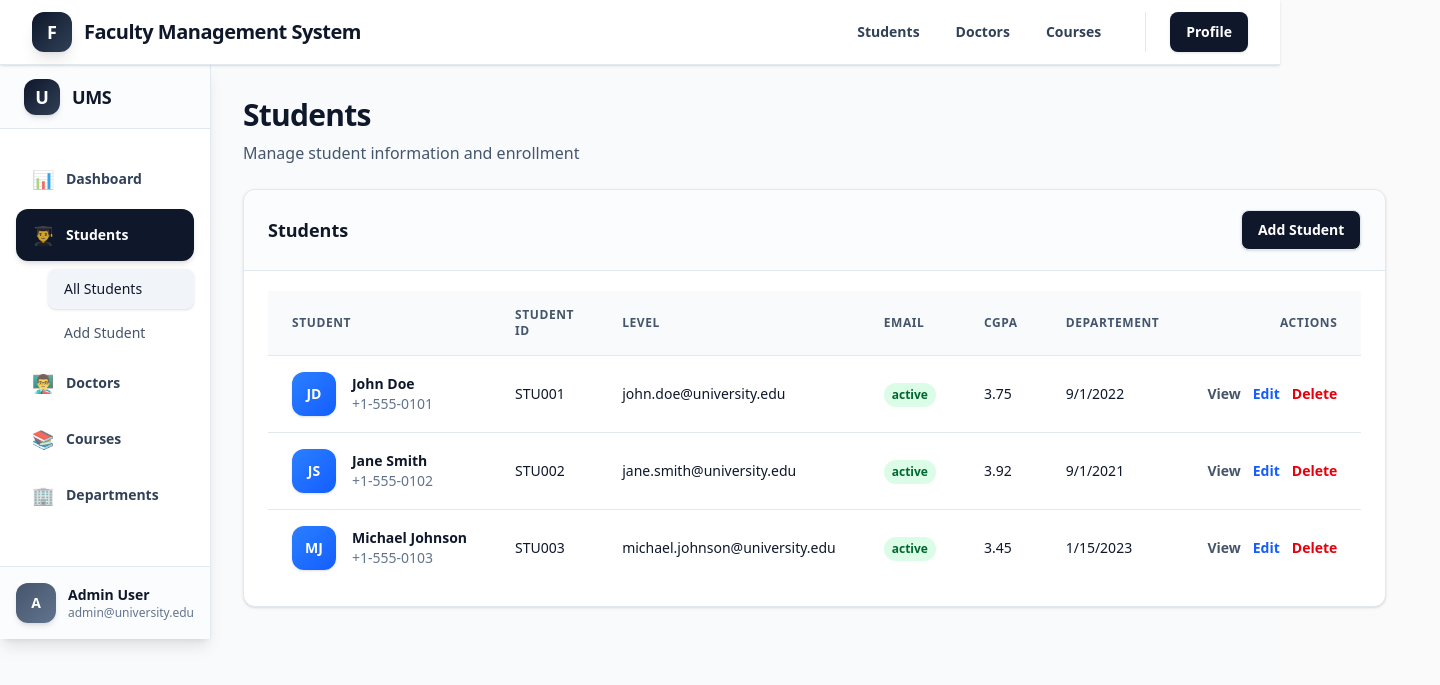
Repository: Mohamedmohsen179/Advanced-DB-Task
Page: /students (app in frontend/)
These files come from the project's save history. The page is drawn as it stood at one moment and after the next save; the edit follows.
The browser window is 1280 px wide. The page is 1418 px wide, then 1440 px, so the pictures cover 1440 px, including what lies to the right of the window. The pictures show the whole page.
The page's requests for data from a server got no answer. The project was rebuilt for these pictures with package versions that can differ from the ones it lists, and the page was loaded fresh each time. The framework's server and built-in components were replaced by stand-ins that run in the browser. No one was signed in, and anything a server would have sent is missing. Also part of the build but not shown: frontend/next.config.ts.

Above is the page before, as saved 2025-11-28 16:55:15.

### frontend/app/layout.tsx
import type { Metadata } from "next";
import { Geist, Geist_Mono } from "next/font/google";
import "./globals.css";
import MainLayout from "../components/layout/MainLayout";

const geistSans = Geist({
  variable: "--font-geist-sans",
  subsets: ["latin"],
});

const geistMono = Geist_Mono({
  variable: "--font-geist-mono",
  subsets: ["latin"],
});

export const metadata: Metadata = {
  title: "University Management System",
  description: "A comprehensive university management system built with Next.js and TypeScript",
};

export default function RootLayout({
  children,
}: Readonly<{
  children: React.ReactNode;
}>) {
  return (
    <html lang="en">
      <body
        className={`${geistSans.variable} ${geistMono.variable} antialiased`}
      >
        <MainLayout>{children}</MainLayout>
      </body>
    </html>
  );
}

### frontend/app/students/page.tsx
import StudentsContainer from '../../containers/StudentsContainer';

export default function StudentsPage() {
  return <StudentsContainer />;
}

### frontend/app/globals.css
@import "tailwindcss";

:root {
  --background: #fafafa;
  --foreground: #0f172a;
  --primary: #2563eb;
  --primary-foreground: #ffffff;
  --secondary: #f1f5f9;
  --secondary-foreground: #334155;
  --muted: #f8fafc;
  --muted-foreground: #64748b;
  --accent: #f1f5f9;
  --accent-foreground: #0f172a;
  --border: #e2e8f0;
  --input: #ffffff;
  --ring: #2563eb;
  --radius: 0.5rem;
}

@theme inline {
  --color-background: var(--background);
  --color-foreground: var(--foreground);
  --font-sans: var(--font-geist-sans);
  --font-mono: var(--font-geist-mono);
}

@media (prefers-color-scheme: dark) {
  :root {
    --background: #020617;
    --foreground: #f8fafc;
    --primary: #3b82f6;
    --primary-foreground: #f8fafc;
    --secondary: #1e293b;
    --secondary-foreground: #f8fafc;
    --muted: #1e293b;
    --muted-foreground: #94a3b8;
    --accent: #1e293b;
    --accent-foreground: #f8fafc;
    --border: #334155;
    --input: #1e293b;
    --ring: #3b82f6;
  }
}

* {
  border-color: var(--border);
}

body {
  background: var(--background);
  color: var(--foreground);
  font-family: var(--font-sans), system-ui, -apple-system, sans-serif;
  line-height: 1.6;
  -webkit-font-smoothing: antialiased;
  -moz-osx-font-smoothing: grayscale;
}

/* Professional scrollbar */
::-webkit-scrollbar {
  width: 8px;
  height: 8px;
}

::-webkit-scrollbar-track {
  background: var(--muted);
}

::-webkit-scrollbar-thumb {
  background: var(--muted-foreground);
  border-radius: 4px;
}

::-webkit-scrollbar-thumb:hover {
  background: var(--foreground);
}

/* Focus styles */
.focus-visible {
  outline: 2px solid var(--ring);
  outline-offset: 2px;
}

/* Professional shadows */
.shadow-professional {
  box-shadow: 0 1px 3px 0 rgb(0 0 0 / 0.1), 0 1px 2px -1px rgb(0 0 0 / 0.1);
}

.shadow-professional-lg {
  box-shadow: 0 10px 15px -3px rgb(0 0 0 / 0.1), 0 4px 6px -4px rgb(0 0 0 / 0.1);
}

### frontend/components/layout/MainLayout.tsx
'use client';

import { useState } from 'react';
import Navbar from './Navbar';
import Sidebar from './Sidebar';

interface MainLayoutProps {
  children: React.ReactNode;
}

export default function MainLayout({ children }: MainLayoutProps) {
  const [sidebarOpen, setSidebarOpen] = useState(false);

  return (
    <div className="min-h-screen bg-slate-50">
      {/* Navbar */}
      <Navbar />

      <div className="flex">
        {/* Sidebar */}
        <Sidebar
          isOpen={sidebarOpen}
          onClose={() => setSidebarOpen(false)}
        />

        {/* Main Content */}
        <div className="flex-1 lg:ml-0">
          {/* Mobile sidebar toggle */}
          <div className="lg:hidden">
            <button
              onClick={() => setSidebarOpen(true)}
              className="fixed top-20 left-4 z-10 bg-white p-3 rounded-xl shadow-professional border border-slate-200 hover:shadow-professional-lg transition-all duration-200"
            >
              <svg className="w-5 h-5 text-slate-600" fill="none" stroke="currentColor" viewBox="0 0 24 24">
                <path strokeLinecap="round" strokeLinejoin="round" strokeWidth={2} d="M4 6h16M4 12h16M4 18h16" />
              </svg>
            </button>
          </div>

          {/* Page Content */}
          <main className="p-6 lg:p-8">
            <div className="max-w-7xl mx-auto">
              {children}
            </div>
          </main>
        </div>
      </div>
    </div>
  );
}

### frontend/containers/StudentsContainer.tsx
'use client';

import { useState, useEffect } from 'react';
import { Student, PaginatedResponse } from '../types';
import { apiService } from '../services/api';
import StudentTable from '../components/students/StudentTable';

export default function StudentsContainer() {
  const [students, setStudents] = useState<Student[]>([]);
  const [loading, setLoading] = useState(true);
  const [error, setError] = useState<string | null>(null);

  useEffect(() => {
    loadStudents();
  }, []);

  const loadStudents = async () => {
    try {
      setLoading(true);
      setError(null);
      const response: PaginatedResponse<Student> = await apiService.getStudents();

      if (response.success) {
        setStudents(response.data);
      } else {
        setError('Failed to load students');
      }
    } catch (err) {
      setError('An error occurred while loading students');
      console.error('Error loading students:', err);
    } finally {
      setLoading(false);
    }
  };

  const handleEdit = (student: Student) => {
    // TODO: Implement edit functionality
    console.log('Edit student:', student);
  };

  const handleDelete = async (studentId: string) => {
    if (!confirm('Are you sure you want to delete this student?')) {
      return;
    }

    try {
      await apiService.deleteStudent(studentId);
      // Reload students after deletion
      await loadStudents();
    } catch (err) {
      setError('Failed to delete student');
      console.error('Error deleting student:', err);
    }
  };

  if (error) {
    return (
      <div className="bg-red-50 border border-red-200 rounded-xl p-6 shadow-sm">
        <div className="flex">
          <div className="flex-shrink-0">
            <svg className="h-5 w-5 text-red-400" viewBox="0 0 20 20" fill="currentColor">
              <path fillRule="evenodd" d="M10 18a8 8 0 100-16 8 8 0 000 16zM8.707 7.293a1 1 0 00-1.414 1.414L8.586 10l-1.293 1.293a1 1 0 101.414 1.414L10 11.414l1.293 1.293a1 1 0 001.414-1.414L11.414 10l1.293-1.293a1 1 0 00-1.414-1.414L10 8.586 8.707 7.293z" clipRule="evenodd" />
            </svg>
          </div>
          <div className="ml-3">
            <h3 className="text-sm font-medium text-red-800">Error</h3>
            <div className="mt-2 text-sm text-red-700">
              <p>{error}</p>
            </div>
            <div className="mt-4">
              <button
                onClick={loadStudents}
                className="bg-red-100 px-4 py-2.5 rounded-lg text-sm font-semibold text-red-800 hover:bg-red-200 transition-all duration-200 shadow-sm hover:shadow-md"
              >
                Try Again
              </button>
            </div>
          </div>
        </div>
      </div>
    );
  }

  return (
    <div className="space-y-6">
      <div className="flex items-center justify-between">
        <div>
          <h1 className="text-3xl font-bold text-slate-900 tracking-tight">Students</h1>
          <p className="mt-2 text-base text-slate-600">
            Manage student information and enrollment
          </p>
        </div>
      </div>

      <StudentTable
        students={students}
        loading={loading}
        onEdit={handleEdit}
        onDelete={handleDelete}
      />
    </div>
  );
}

### frontend/components/students/StudentTable.tsx
'use client';

import Link from 'next/link';
import { Student } from '../../types';
import { Card, CardContent, CardHeader } from '../ui/Card';
import Button from '../ui/Button';

interface StudentTableProps {
  students: Student[];
  loading?: boolean;
  onEdit?: (student: Student) => void;
  onDelete?: (studentId: string) => void;
}

export default function StudentTable({
  students,
  loading = false,
  onEdit,
  onDelete
}: StudentTableProps) {
  if (loading) {
    return (
      <Card>
        <CardContent>
          <div className="flex items-center justify-center py-12">
            <div className="animate-spin rounded-full h-8 w-8 border-b-2 border-blue-600"></div>
            <span className="ml-2 text-gray-900">Loading Students' Info ...</span>
          </div>
        </CardContent>
      </Card>
    );
  }

  if (students.length === 0) {
    return (
      <Card>
        <CardContent>
          <div className="text-center py-12">
            <div className="text-gray-400 text-6xl mb-4">👨‍🎓</div>
            <h3 className="text-lg font-medium text-gray-900 mb-2">No Students found</h3>
            <p className="text-gray-500 mb-6">Get started by Adding your First Student.</p>
            <Link href="/students/new">
              <Button>Add Student</Button>
            </Link>
          </div>
        </CardContent>
      </Card>
    );
  }

  return (
    <Card>
      <CardHeader>
        <div className="flex items-center justify-between">
          <h2 className="text-lg font-semibold text-gray-900">Students</h2>
          <Link href="/students/new">
            <Button>Add Student</Button>
          </Link>
        </div>
      </CardHeader>
      <CardContent className="p-0">
        <div className="overflow-x-auto">
          <table className="min-w-full divide-y divide-slate-200">
            <thead className="bg-slate-50">
              <tr>
                <th className="px-6 py-4 text-left text-xs font-semibold text-slate-600 uppercase tracking-wider">
                  Student
                </th>
                <th className="px-6 py-4 text-left text-xs font-semibold text-slate-600 uppercase tracking-wider">
                  Student ID
                </th>
                <th className="px-6 py-4 text-left text-xs font-semibold text-slate-600 uppercase tracking-wider">
                  Level
                </th>
                <th className="px-6 py-4 text-left text-xs font-semibold text-slate-600 uppercase tracking-wider">
                  Email
                </th>
                <th className="px-6 py-4 text-left text-xs font-semibold text-slate-600 uppercase tracking-wider">
                  CGPA
                </th>
                <th className="px-6 py-4 text-left text-xs font-semibold text-slate-600 uppercase tracking-wider">
                  Departement
                </th>
                <th className="px-6 py-4 text-right text-xs font-semibold text-slate-600 uppercase tracking-wider">
                  Actions
                </th>
              </tr>
            </thead>
            <tbody className="bg-white divide-y divide-slate-200">
              {students.map((student) => (
                <tr key={student.id} className="hover:bg-slate-50 transition-colors duration-150">
                  <td className="px-6 py-4 whitespace-nowrap">
                    <div className="flex items-center">
                      <div className="flex-shrink-0 h-11 w-11">
                        <div className="h-11 w-11 rounded-xl bg-gradient-to-br from-blue-500 to-blue-600 flex items-center justify-center shadow-sm">
                          <span className="text-white font-semibold text-sm">
                            {student.firstName.charAt(0)}{student.lastName.charAt(0)}
                          </span>
                        </div>
                      </div>
                      <div className="ml-4">
                        <div className="text-sm font-semibold text-slate-900">
                          {student.firstName} {student.lastName}
                        </div>
                        <div className="text-sm text-slate-500">
                          {student.phoneNumber || 'No phone'}
                        </div>
                      </div>
                    </div>
                  </td>
                  <td className="px-6 py-4 whitespace-nowrap text-sm font-medium text-slate-900">
                    {student.studentId}
                  </td>
                  <td className="px-6 py-4 whitespace-nowrap text-sm text-slate-900">
                    {student.email}
                  </td>
                  <td className="px-6 py-4 whitespace-nowrap">
                    <span className={`inline-flex px-2 py-1 text-xs font-semibold rounded-full ${student.status === 'active'
                      ? 'bg-green-100 text-green-800'
                      : student.status === 'inactive'
                        ? 'bg-gray-100 text-gray-800'
                        : student.status === 'graduated'
                          ? 'bg-blue-100 text-blue-800'
                          : 'bg-red-100 text-red-800'
                      }`}>
                      {student.status}
                    </span>
                  </td>
                  <td className="px-6 py-4 whitespace-nowrap text-sm font-medium text-slate-900">
                    {student.gpa ? student.gpa.toFixed(2) : 'N/A'}
                  </td>
                  <td className="px-6 py-4 whitespace-nowrap text-sm text-slate-900">
                    {new Date(student.enrollmentDate).toLocaleDateString()}
                  </td>
                  <td className="px-6 py-4 whitespace-nowrap text-right text-sm font-medium">
                    <div className="flex items-center justify-end space-x-3">
                      <Link
                        href={`/students/${student.id}`}
                        className="text-slate-600 hover:text-slate-900 font-semibold transition-colors duration-200"
                      >
                        View
                      </Link>
                      {onEdit && (
                        <button
                          onClick={() => onEdit(student)}
                          className="text-blue-600 hover:text-blue-800 font-semibold transition-colors duration-200"
                        >
                          Edit
                        </button>
                      )}
                      {onDelete && (
                        <button
                          onClick={() => onDelete(student.id)}
                          className="text-red-600 hover:text-red-800 font-semibold transition-colors duration-200"
                        >
                          Delete
                        </button>
                      )}
                    </div>
                  </td>
                </tr>
              ))}
            </tbody>
          </table>
        </div>
      </CardContent>
    </Card>
  );
}

### frontend/components/ui/Card.tsx
import { HTMLAttributes, forwardRef } from 'react';

interface CardProps extends HTMLAttributes<HTMLDivElement> {
  children: React.ReactNode;
}

const Card = forwardRef<HTMLDivElement, CardProps>(
  ({ className = '', children, ...props }, ref) => {
    return (
      <div
        ref={ref}
        className={`bg-white rounded-xl border border-slate-200 shadow-professional hover:shadow-professional-lg transition-shadow duration-200 ${className}`}
        {...props}
      >
        {children}
      </div>
    );
  }
);

Card.displayName = 'Card';

interface CardHeaderProps extends HTMLAttributes<HTMLDivElement> {
  children: React.ReactNode;
}

const CardHeader = forwardRef<HTMLDivElement, CardHeaderProps>(
  ({ className = '', children, ...props }, ref) => {
    return (
      <div
        ref={ref}
        className={`px-6 py-5 border-b border-slate-200 bg-slate-50/50 rounded-t-xl ${className}`}
        {...props}
      >
        {children}
      </div>
    );
  }
);

CardHeader.displayName = 'CardHeader';

interface CardContentProps extends HTMLAttributes<HTMLDivElement> {
  children: React.ReactNode;
}

const CardContent = forwardRef<HTMLDivElement, CardContentProps>(
  ({ className = '', children, ...props }, ref) => {
    return (
      <div
        ref={ref}
        className={`px-6 py-5 ${className}`}
        {...props}
      >
        {children}
      </div>
    );
  }
);

CardContent.displayName = 'CardContent';

interface CardFooterProps extends HTMLAttributes<HTMLDivElement> {
  children: React.ReactNode;
}

const CardFooter = forwardRef<HTMLDivElement, CardFooterProps>(
  ({ className = '', children, ...props }, ref) => {
    return (
      <div
        ref={ref}
        className={`px-6 py-5 border-t border-slate-200 bg-slate-50 rounded-b-xl ${className}`}
        {...props}
      >
        {children}
      </div>
    );
  }
);

CardFooter.displayName = 'CardFooter';

export { Card, CardHeader, CardContent, CardFooter };

### frontend/components/ui/Button.tsx
import { ButtonHTMLAttributes, forwardRef } from 'react';

interface ButtonProps extends ButtonHTMLAttributes<HTMLButtonElement> {
  variant?: 'primary' | 'secondary' | 'danger' | 'outline';
  size?: 'sm' | 'md' | 'lg';
  loading?: boolean;
}

const Button = forwardRef<HTMLButtonElement, ButtonProps>(
  ({ className = '', variant = 'primary', size = 'md', loading = false, children, disabled, ...props }, ref) => {
    const baseClasses = 'inline-flex items-center justify-center font-semibold rounded-lg transition-all duration-200 focus:outline-none focus:ring-2 focus:ring-offset-2 disabled:opacity-50 disabled:cursor-not-allowed shadow-sm hover:shadow-md active:scale-[0.98]';

    const variantClasses = {
      primary: 'bg-slate-900 text-white hover:bg-slate-800 focus:ring-slate-500 border border-slate-900',
      secondary: 'bg-slate-100 text-slate-900 hover:bg-slate-200 focus:ring-slate-500 border border-slate-200',
      danger: 'bg-red-600 text-white hover:bg-red-700 focus:ring-red-500 border border-red-600',
      outline: 'border-2 border-slate-300 text-slate-700 bg-white hover:bg-slate-50 hover:border-slate-400 focus:ring-slate-500',
    };

    const sizeClasses = {
      sm: 'px-3 py-2 text-sm h-9',
      md: 'px-4 py-2.5 text-sm h-10',
      lg: 'px-6 py-3 text-base h-12',
    };

    return (
      <button
        ref={ref}
        className={`${baseClasses} ${variantClasses[variant]} ${sizeClasses[size]} ${className}`}
        disabled={disabled || loading}
        {...props}
      >
        {loading && (
          <svg className="animate-spin -ml-1 mr-2 h-4 w-4" fill="none" viewBox="0 0 24 24">
            <circle className="opacity-25" cx="12" cy="12" r="10" stroke="currentColor" strokeWidth="4" />
            <path className="opacity-75" fill="currentColor" d="M4 12a8 8 0 018-8V0C5.373 0 0 5.373 0 12h4zm2 5.291A7.962 7.962 0 014 12H0c0 3.042 1.135 5.824 3 7.938l3-2.647z" />
          </svg>
        )}
        {children}
      </button>
    );
  }
);

Button.displayName = 'Button';

export default Button;

Loaded but not shown: frontend/services/api.ts (539 lines, source omitted); frontend/components/layout/Sidebar.tsx (158 lines, source omitted); frontend/components/layout/Navbar.tsx (102 lines, source omitted)

After the next save:
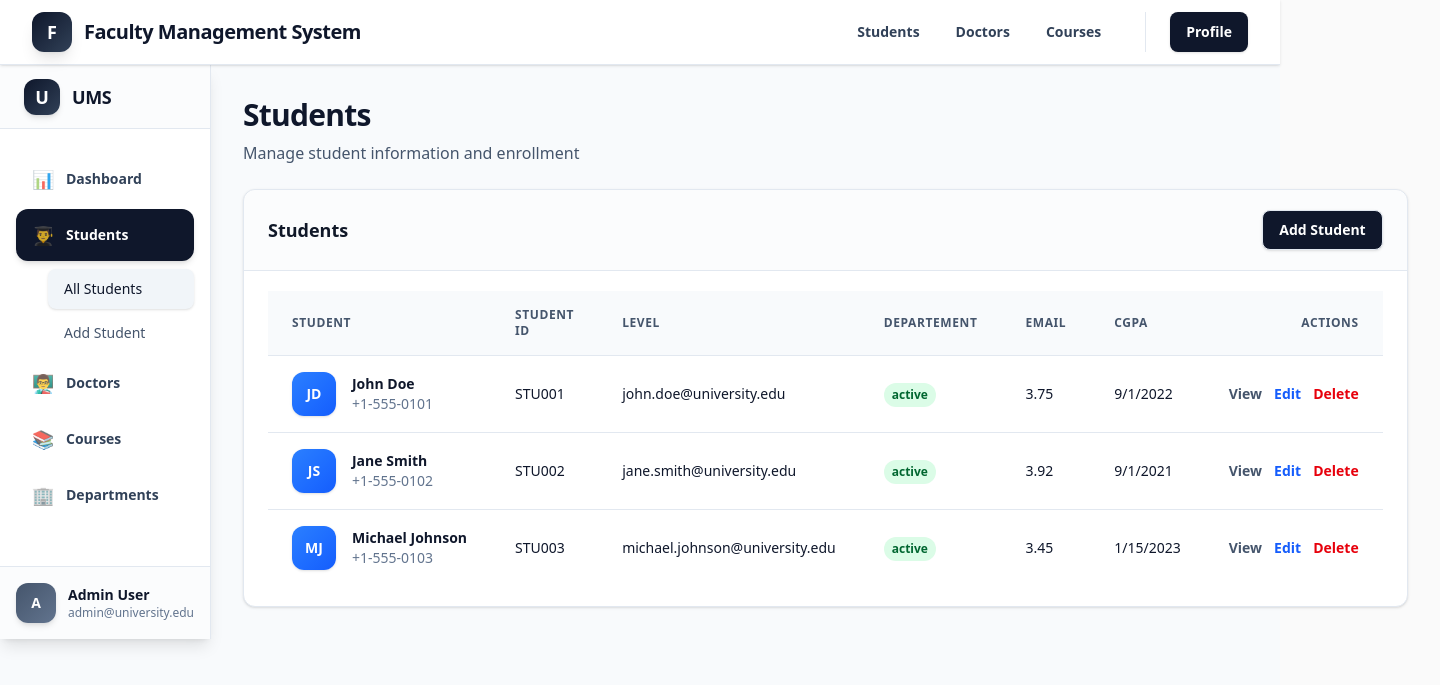
Saved 22 s later.
--- a/frontend/components/students/StudentTable.tsx
+++ b/frontend/components/students/StudentTable.tsx
@@ -73,13 +73,14 @@ export default function StudentTable({
                   Level
                 </th>
                 <th className="px-6 py-4 text-left text-xs font-semibold text-slate-600 uppercase tracking-wider">
+                  Departement
+                </th>
+
+                <th className="px-6 py-4 text-left text-xs font-semibold text-slate-600 uppercase tracking-wider">
                   Email
                 </th>
                 <th className="px-6 py-4 text-left text-xs font-semibold text-slate-600 uppercase tracking-wider">
                   CGPA
-                </th>
-                <th className="px-6 py-4 text-left text-xs font-semibold text-slate-600 uppercase tracking-wider">
-                  Departement
                 </th>
                 <th className="px-6 py-4 text-right text-xs font-semibold text-slate-600 uppercase tracking-wider">
                   Actions
